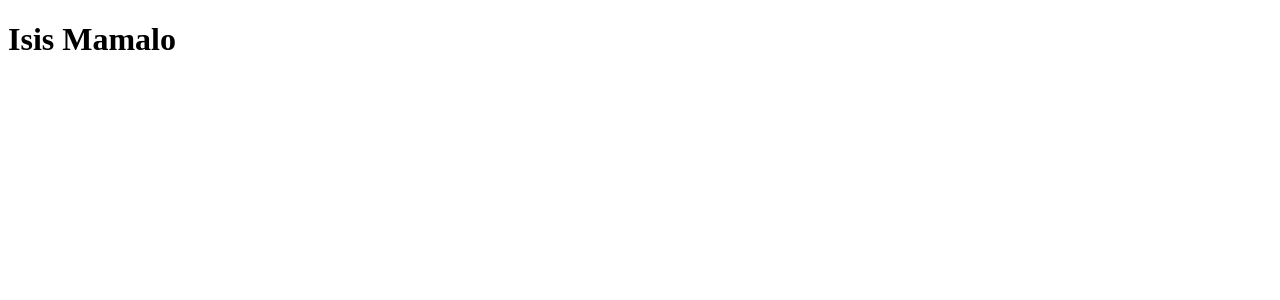
Repository: ObSiDiA360/Platzy
Page: web.html
An editor plug-in stored every save of this project. The page is shown before and after the next save, followed by the edit.
The browser window is 1280 px wide. The pictures show the whole page.

Above is the page before, as saved 2023-04-01 23:43:40.

After the next save:
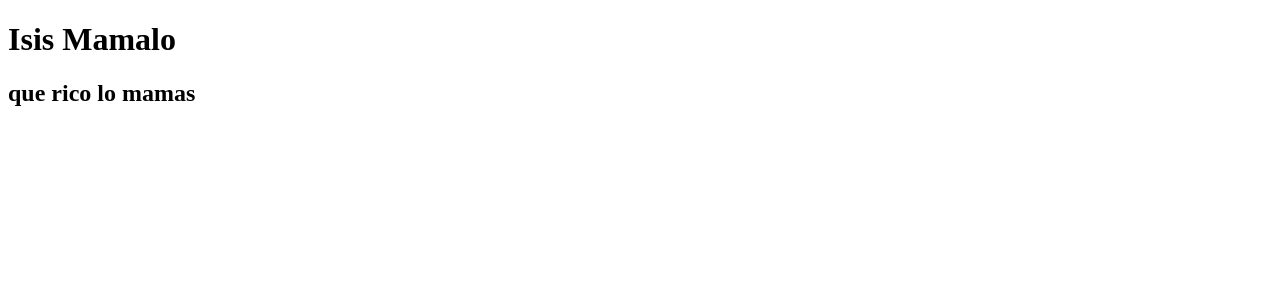
Saved 98 min 29 s later.
--- a/web.html
+++ b/web.html
@@ -6,6 +6,9 @@
             <div>
                 <h1>Isis Mamalo
                 </h1>
+                <h2>que rico lo mamas
+
+                </h2>
             </div>
         </body>
     </head>
